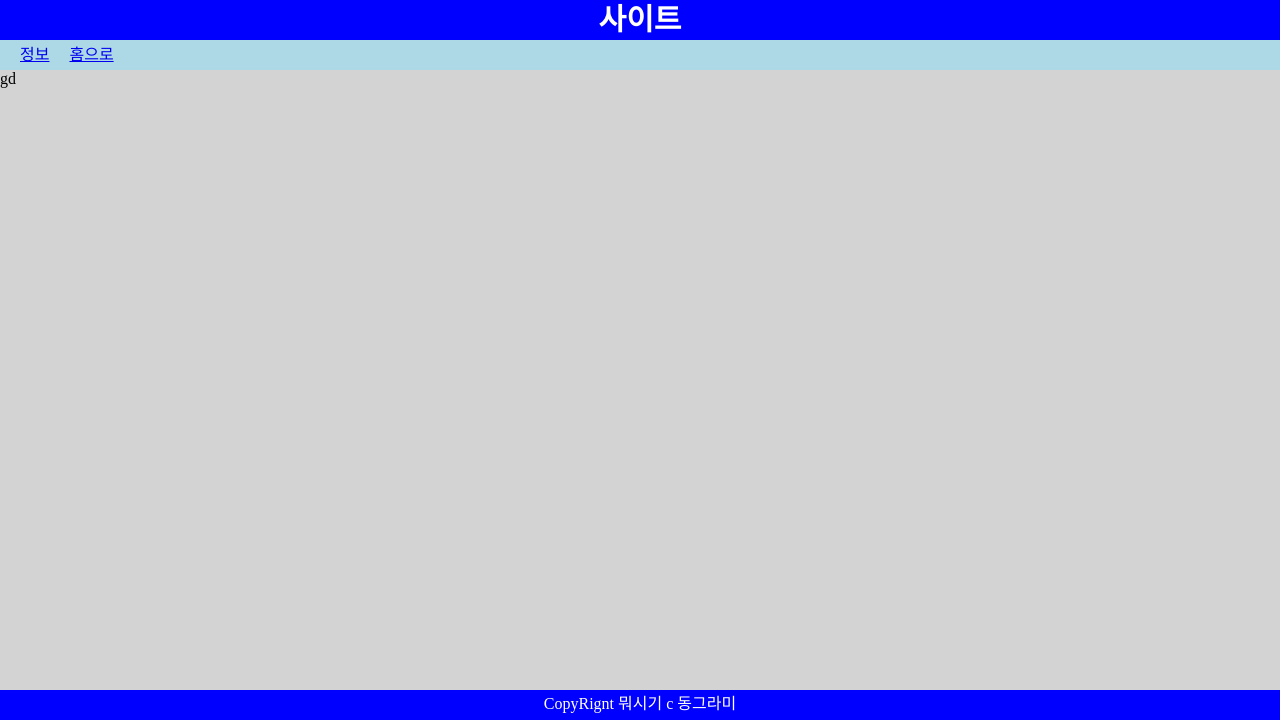
Repository: ImGaram/til
Page: http://localhost/practice/soqn/index.jsp
The author's editor kept a copy of each file at every save. The page is drawn from the files as they stood at one save, then again after the next save.
The browser window is 1280 px wide. The pictures show the whole page.
The page is served by Tomcat 9.

Above is the page before, as saved 2022-06-28 11:37:26.

After the next save:
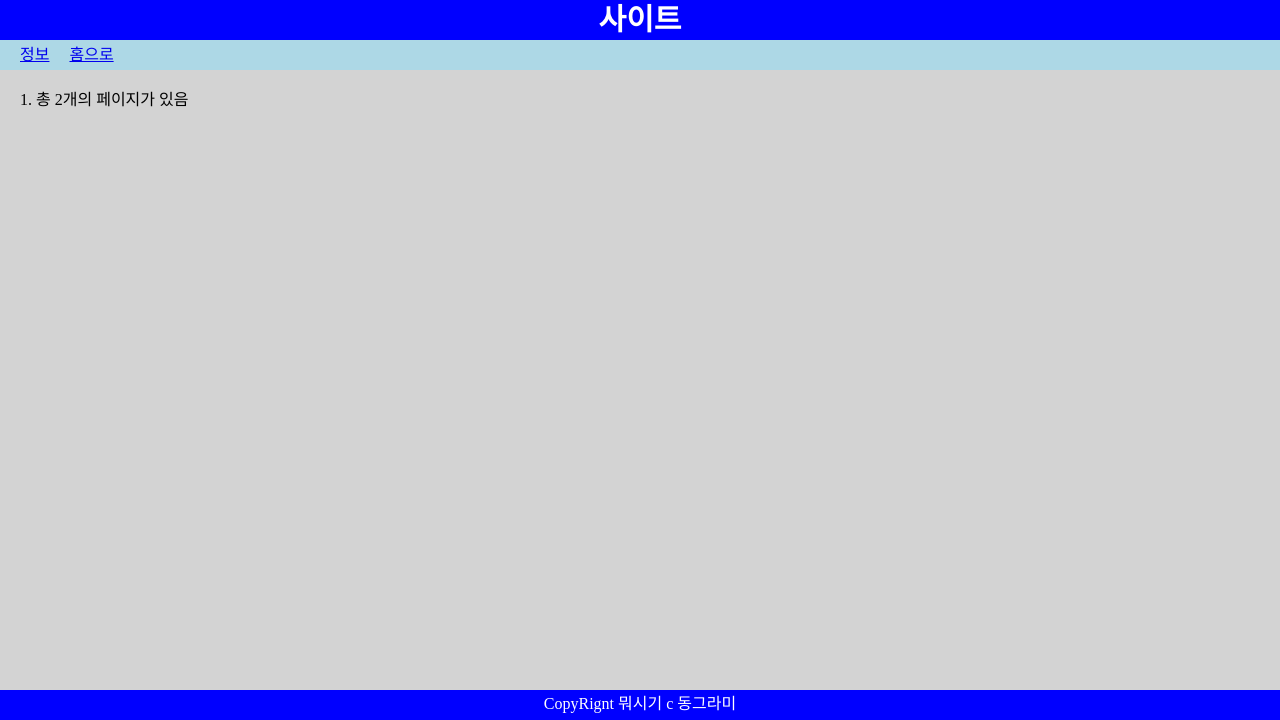
Saved 77 s later.
--- a/2학년 jsp(화면구현)/practice/src/main/webapp/soqn/index.jsp
+++ b/2학년 jsp(화면구현)/practice/src/main/webapp/soqn/index.jsp
@@ -9,7 +9,10 @@
 <body>
 <jsp:include page="header.jsp"></jsp:include>
 <section style="position:fixed; top:70px; left:0; width:100%; height:100%; background:lightgray;">
-gd
+<p style="padding-left:20px">
+1. 총 2개의 페이지가 있음<br>
+
+</p>
 </section>
 <jsp:include page="footer.jsp"></jsp:include>
 </body>
